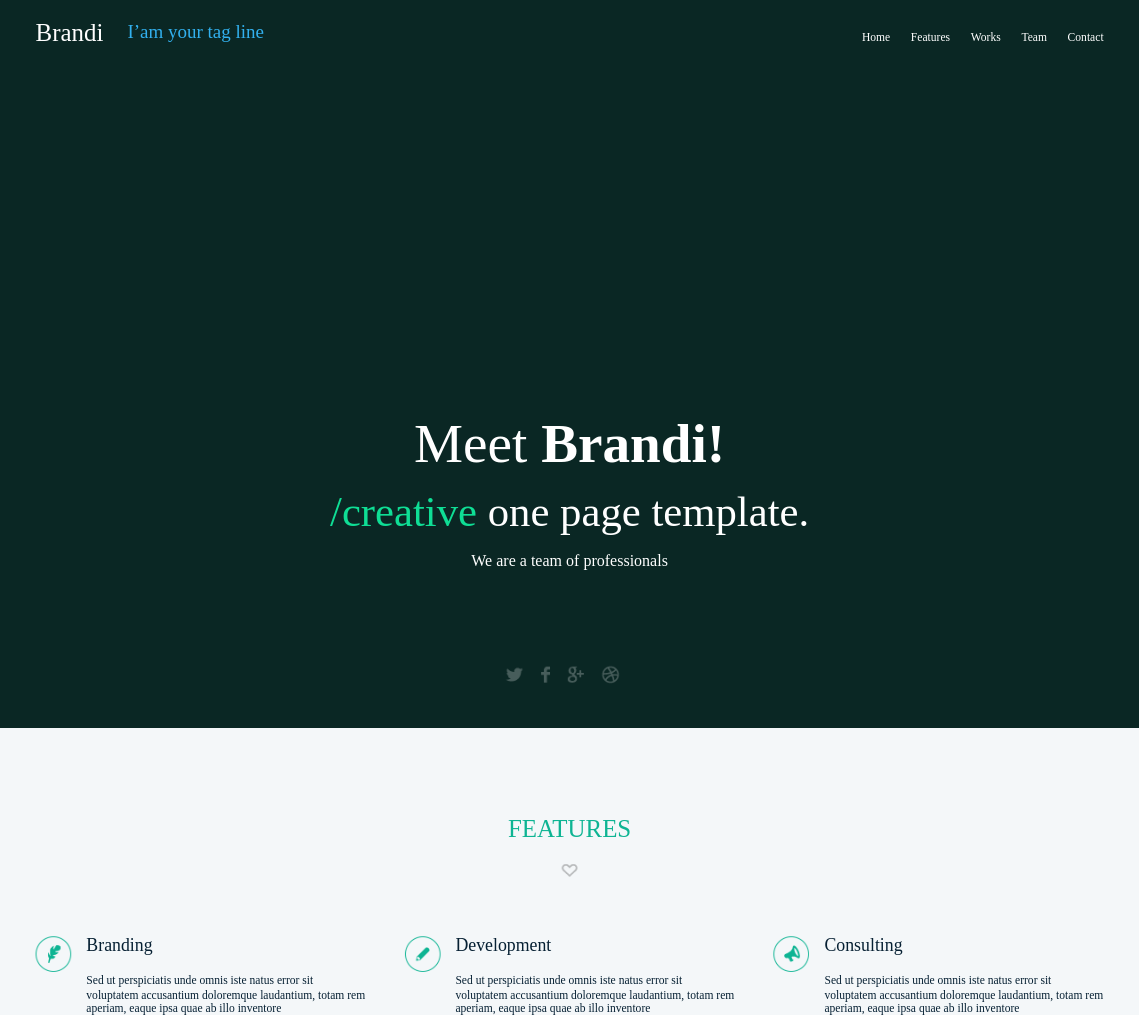
Repository: iravakilova/Brandi
Page: app/index.html
These files come from the project's save history. The page is drawn as it stood at one moment and after the next save; the edit follows.
The browser window is 1280 px wide. The pictures show the whole page, at 89% of full size.

Above is the page before, as saved 2020-02-14 22:43:46.

After the next save:
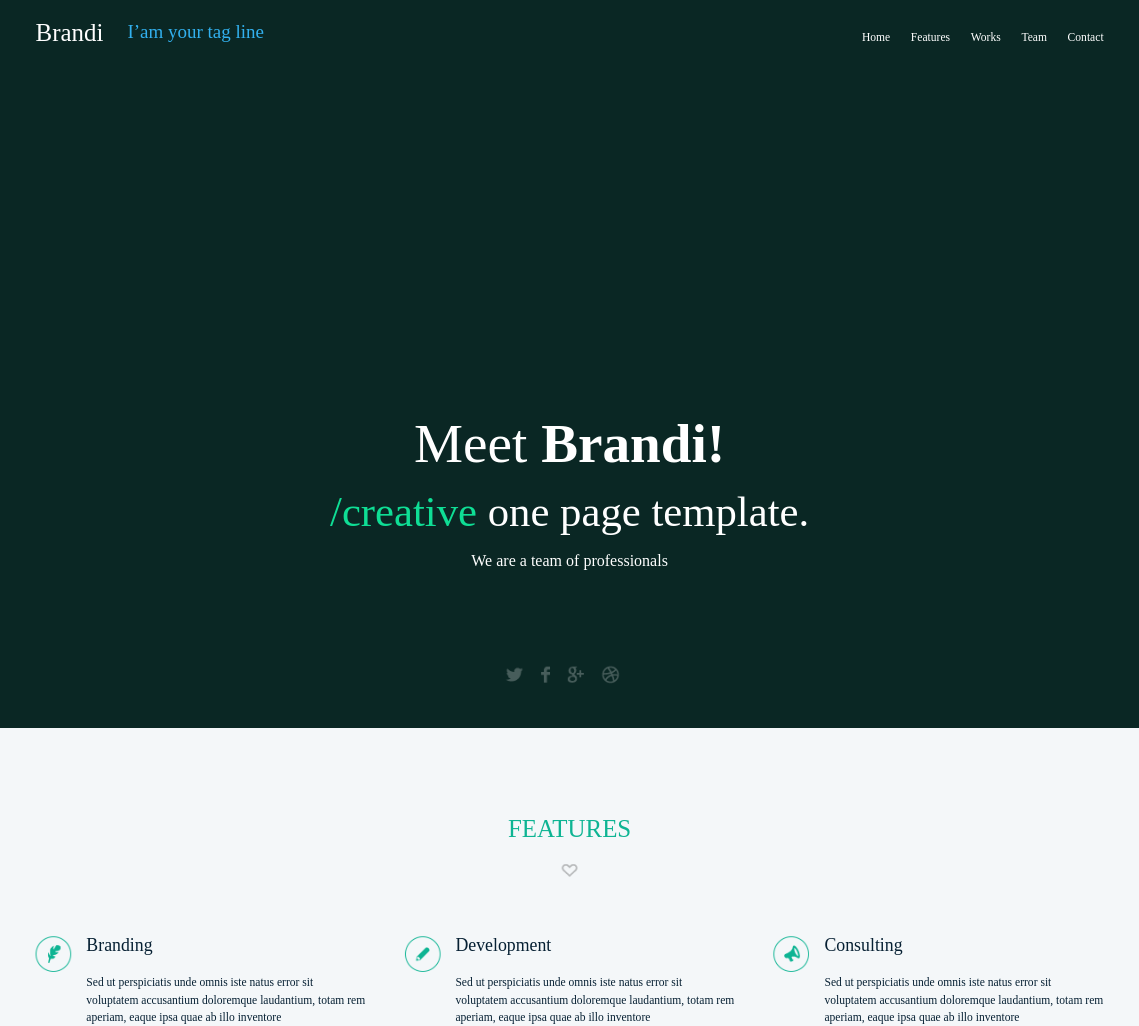
Saved 15 s later.
--- a/app/style.css
+++ b/app/style.css
@@ -126,5 +126,5 @@
     font-family: "OpenSans", "AdobeInvisFont", "MyriadPro-Regular";
     font-size: 13px;
     color: rgba(6, 32, 51, 255);
-    line-height: 1.2;
+    line-height: 1.5;
 }
